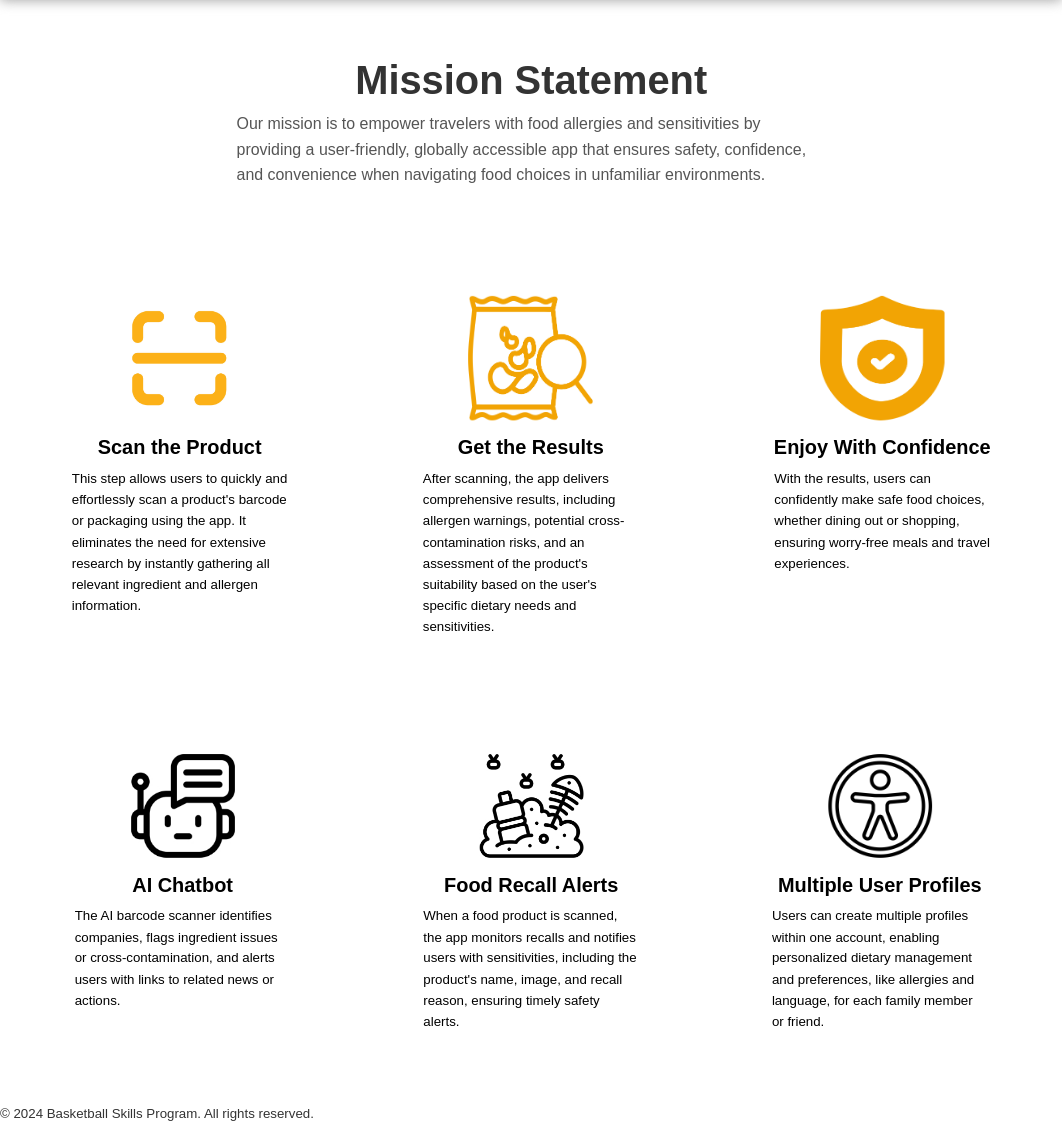
Repository: GavinPahal/landingpage
Page: /
These files come from the project's save history. The page is drawn as it stood at one moment and after the next save; the edit follows.
The browser window is 1280 px wide. The pictures show the part of the page from y = 720 to 2072 px (the page is 2072 px tall before and 2032 px after), at 83% of full size.
The project was rebuilt for these pictures with package versions that can differ from the ones it lists, and the page was loaded fresh each time. The framework's server and built-in components were replaced by stand-ins that run in the browser. Also part of the build but not shown: next.config.mjs.

Above is the page before, as saved 2024-11-28 18:01:48.

### pages/_app.js
// pages/_app.js
import "@/styles/globals.css"; // Import the global CSS file

function MyApp({ Component, pageProps }) {
  return <Component {...pageProps} />;
}

export default MyApp;

### pages/index.js
// pages/index.js
import Hero from "../components/Hero";
import Features from "../components/Features";
import Footer from "../components/Footer";
import Product from "../components/Product"

export default function Home() {
  return (
    <div>
      <Hero />
      <Features />
      <Product />
      <Footer />
    </div>
  );
}

### styles/globals.css
/* Global Styles */
* {
  margin: 0;
  padding: 0;
  box-sizing: border-box;
}

body {
  font-family: Arial, sans-serif;
  color: #333;
  overflow-x: hidden; /* Prevent horizontal overflow */
}

/* Hero Section */
.hero {
  display: flex; /* Use flexbox to align elements */
  position: relative;
  height: 100vh;
  width: 100%; /* Ensure the hero section spans the full width */
  background-color: #2d2d2d; /* Dark background to contrast with the image */
}

.imageWrapper {
  position: relative;
  width: 100%; /* Left side takes full width */
  height: 100%;
}

.imageContainer {
  position: absolute;
  top: 0;
  left: 0;
  width: 100%;
  height: 100%;
  filter: blur(8px); /* Add blur effect to the image */
  object-fit: cover;
}

.overlay {
  position: absolute;
  top: 0;
  left: 0;
  width: 100%;
  height: 100%;
  background: rgba(0, 0, 0, 0.6); /* Dark overlay to ensure text stands out */
  color: white;
  display: flex;
  flex-direction: column;
  justify-content: center;
  align-items: flex-start;
  padding: 60px 40px; /* Increased padding for more space */
  text-align: left;
}

.heroTitle {
  display: flex;
  align-items: center; /* Align logo and title horizontally */
  margin-bottom: 40px; /* Space between title and the rest of the content */
  position: relative; /* Allow positioning adjustments */
  top: -80px; /* Move the logo and title even higher */
}

.heroTitle img {
  margin-right: 20px; /* Add space between logo and title */
}

.heroTitle h1 {
  font-size: 2rem; /* Bigger font for app name */
  font-weight: bold;
  color: #ffffff; /* Bright color to stand out */
  text-transform: uppercase;
}

.tagline {
  font-size: 5rem; /* Make "BEST NATURE APP" 5rem */
  font-weight: bold;
  margin-bottom: 0; /* Remove extra space between the lines */
  color: #ffffff; /* Striking color */
  text-shadow: 3px 3px 5px rgba(0, 0, 0, 0.8); /* Enhanced text visibility */
  line-height: 1.1; /* Adjust line-height to decrease space between lines */
  letter-spacing: 1.5px;
  display: block;
  max-width: 100%; /* Ensure text doesn't overflow */
}

.bestNature {
  display: block;
  font-size: 3rem; /* Adjust to smaller font size for the first part */
}

.appEver {
  display: block;
  margin-top: 0;
  font-size: 3rem;
}

.subTagline {
  font-size: 1.2rem;
  margin-top: 20px;
  margin-bottom: 40px;
  line-height: 1.6;
  max-width: 650px;
  color: white;
  letter-spacing: 0.5px;
  text-align: left;
}

.demoText {
  display: block;
  font-size: 1.4rem;
  font-weight: bold;
}

.natureText {
  display: block;
  font-size: 1.2rem;
  margin-top: 10px;
  font-style: italic;
  letter-spacing: 0.3px;
}

/* CTA Button */
.ctaButton {
  background-color: #00C9A2;
  color: #ffffff;
  padding: 15px 40px;
  font-size: 1.4rem;
  border: none;
  border-radius: 50px;
  text-align: center;
  margin-top: 60px;
  cursor: pointer;
  transition: background-color 0.3s, transform 0.3s;
  text-decoration: none;
}

.ctaButton:hover {
  background-color: #035343;
}

.ctaButton:focus {
  outline: none;
}

.rightImageWrapper {
  position: absolute;
  left: 62%;
  bottom: 20px;
  width: 400px;
  height: auto;
  z-index: 2;
  margin-top: 100px;
}

.rightImageContainer {
  position: relative;
  width: 100%;
  height: 100%;
}

.rightImageContainer img {
  width: 100%;
  height: auto;
  border-radius: 8px;
  object-fit: cover;
}

.features {
  padding: 50px 20px;
  text-align: center;
}
.features h2 {
  font-size: 2.5rem;
  font-weight: bold;
  color: #ffffff;
  margin-bottom: 30px;
  text-transform: uppercase;
  letter-spacing: 1px;
}

.infoCards {
  display: flex;
  flex-wrap: wrap;
  justify-content: space-around;
  gap: 30px;
  margin-bottom: 40px;
}

.card {
  text-align: center;
  margin: 0 auto; /* Ensure cards are centered */
}

.card:first-child { /* Target the first feature card */
  max-width: 400px; /* Restrict width for a cleaner layout */
  margin: 20px auto; /* Center the card horizontally and add spacing */
}

.card:first-child p {
  text-align: left; /* Center-align the text for the first card */
  max-width: 280x; /* Ensure text does not overflow the card */
  margin: 0 auto;
}

.card img {
  margin-bottom: 15px;
}

.card h3 {
  font-size: 1.5rem;
  font-weight: 600;
  color: #000000;
  margin-bottom: 10px;
}

.card p {
  font-size: 1rem;
  line-height: 1.6;
  color: #000000;
  max-width: 260px;
  margin: 0 auto;
  text-align: left;
}

.text1 {
  font-size: 1rem;
  line-height: 1.6;
  color: #000000;
  max-width: 250px;
  margin: 0 auto;
  text-align: left;
}

.text2 {
  font-size: 1rem;
  line-height: 1.6;
  color: #000000;
  max-width: 250px;
  margin: 0 auto;
  text-align: left;
}

.missionStatement {
  text-align: center; /* Center the text */
  margin-bottom: 110px; /* Add some spacing below the mission statement */
  padding: 20px;
  border-radius: 8px; /* Rounded corners */
}

.missionStatement h1 {
  font-size: 3rem;
  font-weight: bold;
  color: #333;
  margin-bottom: 10px;
  font-weight: bold;
}

.missionStatement p {
  font-size: 1.2rem;
  line-height: 1.6;
  color: #555;
  max-width: 710px;
  margin: 0 auto;
  text-align: left;
}



@media (max-width: 1024px) {
  .hero {
    flex-direction: column; /* Stack elements vertically on smaller screens */
  }

  .overlay {
    padding: 40px 20px; /* Reduced padding for smaller screens */
    text-align: center; /* Center-align text on smaller screens */
  }

  .heroTitle {
    margin-bottom: 20px; /* Reduce space between the title and the tagline */
    top: 0; /* Reset top positioning for better alignment */
  }

  .tagline {
    font-size: 3rem; /* Decrease font size on smaller screens */
  }

  .bestNature, .appEver {
    font-size: 2.5rem; /* Smaller font size for better readability */
  }

  .subTagline {
    font-size: 1rem; /* Adjust subtagline font size for smaller screens */
    max-width: 100%; /* Allow full-width display */
    padding: 0 20px; /* Add padding to the sides */
  }

  .rightImageWrapper {
    left: 50%; /* Center the image on smaller screens */
    bottom: 10px;
    width: 300px; /* Reduce image size */
    margin-top: 60px;
  }
}

/* CTA Button Adjustments */
@media (max-width: 768px) {
  .ctaButton {
    padding: 12px 30px; /* Reduced padding for better proportion on small screens */
    font-size: 1.2rem; /* Smaller font size */
    width: 90%; /* Allow the button to take up more space on smaller screens */
    margin-top: 40px; /* Reduced top margin */
  }
}

/* Feature Section Adjustments */
@media (max-width: 768px) {
  .features {
    padding: 30px 20px; /* Reduce padding */
  }

  .features h2 {
    font-size: 2rem; /* Smaller font size for headings */
  }

  .infoCards {
    flex-direction: column; /* Stack cards vertically */
    align-items: center;
    gap: 20px; /* Reduced gap between cards */
  }

  .card {
    max-width: 90%; /* Ensure cards take full width on smaller screens */
    margin: 10px auto; /* Center the cards */
  }

  .card h3 {
    font-size: 1.2rem; /* Decrease font size */
  }

  .card p {
    font-size: 0.9rem; /* Smaller text for better readability */
  }
}

/* Final Adjustments */
@media (max-width: 480px) {
  .hero {
    height: auto; /* Allow the hero section to adjust to content */
  }

  .overlay {
    padding: 20px; /* Even smaller padding */
    text-align: center;
  }

  .tagline {
    font-size: 2.5rem; /* Further decrease tagline size */
  }

  .ctaButton {
    padding: 10px 20px; /* Smaller padding for mobile screens */
    font-size: 1rem; /* Reduce font size */
  }

  .features h2 {
    font-size: 1.6rem; /* Adjust feature section heading */
  }

  .card {
    max-width: 100%; /* Ensure the cards take full width */
  }

  .text1, .text2 {
    font-size: 0.9rem; /* Adjust text sizes for smaller screens */
  }
}

### components/Hero.js
import Image from "next/image";

export default function Hero() {
  return (
    <section className="hero">
      <div className="imageWrapper">
        <div className="imageContainer">
          <Image
            src="/images/grocey.jpg"
            alt="Nature Image"
            layout="fill"
            objectFit="cover"
          />
        </div>
        <div className="overlay">
          <div className="heroTitle">
            <Image
              src="/images/logo.webp"
              alt="Goldibite Logo"
              width={50}
              height={50}
            />
            <h1>Goldibite</h1>
          </div>
          <p className="tagline">
            <span className="bestNature">YOUR BUDDY FOR</span>
            <span className="appEver">FOOD SAFETY</span>
          </p>
          <p className="subTagline">
            <span className="demoText">Get a demo and try our new app.</span>
            <span className="natureText">
            The Right Bite, Every Time
            </span>
          </p>
          <a href="#demo" className="ctaButton">
            TRY DEMO
          </a>
        </div>
      </div>


      <div className="rightImageWrapper">
        <div className="rightImageContainer">
          <Image
            src="/images/phone.png"
            alt="New Image"
            layout="intrinsic"
            width={500}
            height={500}
          />
        </div>
      </div>
    </section>
  );
}

### components/Features.js
import Image from "next/image";

export default function Features() {
  return (
    <section className="features">
      {/* Mission Statement Section */}
      <div className="missionStatement">
        <h1>Mission Statement</h1>
        <p>
          Our mission is to empower travelers with food allergies and sensitivities by providing a user-friendly, globally accessible app that ensures safety, confidence, and convenience when navigating food choices in unfamiliar environments.
        </p>
      </div>

      {/* Features Cards Section */}
      <div className="infoCards">
        <div className="card" style={{ margin: "0 10px" }}>
          <Image
            src="/images/iconamoon_scanner (1).jpg"
            alt="Feature 1"
            width={150}
            height={150}
          />
          <h3>Scan the Product</h3>
          <p>
            This step allows users to quickly and effortlessly scan a product's barcode or packaging using the app.
            It eliminates the need for extensive research by instantly gathering all relevant ingredient and allergen information.
          </p>
        </div>
        <div className="card" style={{ margin: "0 10px" }}>
          <Image
            src="/images/magnifying.jpg"
            alt="Feature 2"
            width={150}
            height={150}
          />
          <h3>Get the Results</h3>
          <p>
            After scanning, the app delivers comprehensive results, including allergen warnings, potential cross-contamination risks,
            and an assessment of the product's suitability based on the user's specific dietary needs and sensitivities.
          </p>
        </div>
        <div className="card" style={{ margin: "0 10px" }}>
          <Image
            src="/images/Confident.jpg"
            alt="Feature 3"
            width={150}
            height={150}
          />
          <h3>Enjoy With Confidence</h3>
          <p>
            With the results, users can confidently make safe food choices, whether dining out or shopping,
            ensuring worry-free meals and travel experiences.
          </p>
        </div>
      </div>
    </section>
  );
}

### components/Footer.js
export default function Footer() {
    return (
      <footer className="footer">
        <p>&copy; 2024 Basketball Skills Program. All rights reserved.</p>
      </footer>
    );
  }

### components/Product.js
import Image from "next/image";

export default function Features() {
  return (
    <section className="features">
      <div className="infoCards" style={{ gap: "20px" }}>
        <div className="card" style={{ margin: "0 10px" }}>
          <Image
            src="/images/chatbot.jpg"
            alt="Feature 1"
            width={125}
            height={125}
          />
          <h3>AI Chatbot</h3>
          <p>
            The AI barcode scanner identifies companies, flags ingredient
            issues or cross-contamination, and alerts users with links to
            related news or actions.
          </p>
        </div>
        <div className="card" style={{ margin: "0 10px" }}>
          <Image
            src="/images/trash.jpg"
            alt="Feature 2"
            width={125}
            height={125}
          />
          <h3>Food Recall Alerts</h3>
          <p>
            When a food product is scanned, the app monitors recalls and
            notifies users with sensitivities, including the product's name,
            image, and recall reason, ensuring timely safety alerts.
          </p>
        </div>
        <div className="card" style={{ margin: "0 10px" }}>
          <Image
            src="/images/accessibility.png"
            alt="Feature 3"
            width={125}
            height={125}
          />
          <h3>Multiple User Profiles</h3>
          <p>
            Users can create multiple profiles within one account, enabling
            personalized dietary management and preferences,
            like allergies and  language, for each family member or friend.
          </p>
        </div>
      </div>
    </section>
  );
}

Loaded but not shown: pages/_document.js (common file)

After the next save:
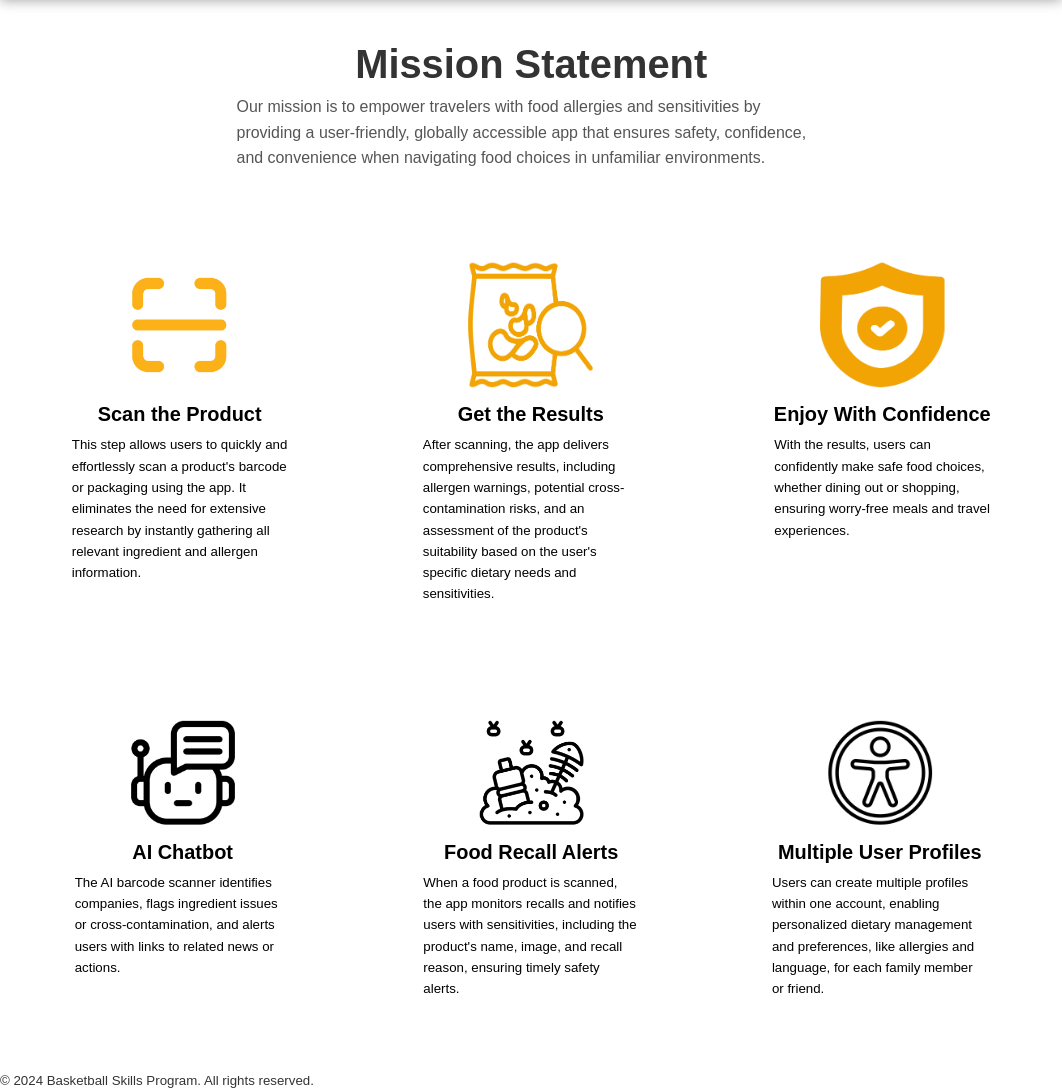
Saved 5 s later.
--- a/styles/globals.css
+++ b/styles/globals.css
@@ -243,7 +243,6 @@
 .missionStatement {
   text-align: center; /* Center the text */
   margin-bottom: 110px; /* Add some spacing below the mission statement */
-  padding: 20px;
   border-radius: 8px; /* Rounded corners */
 }
 

After the save that followed:
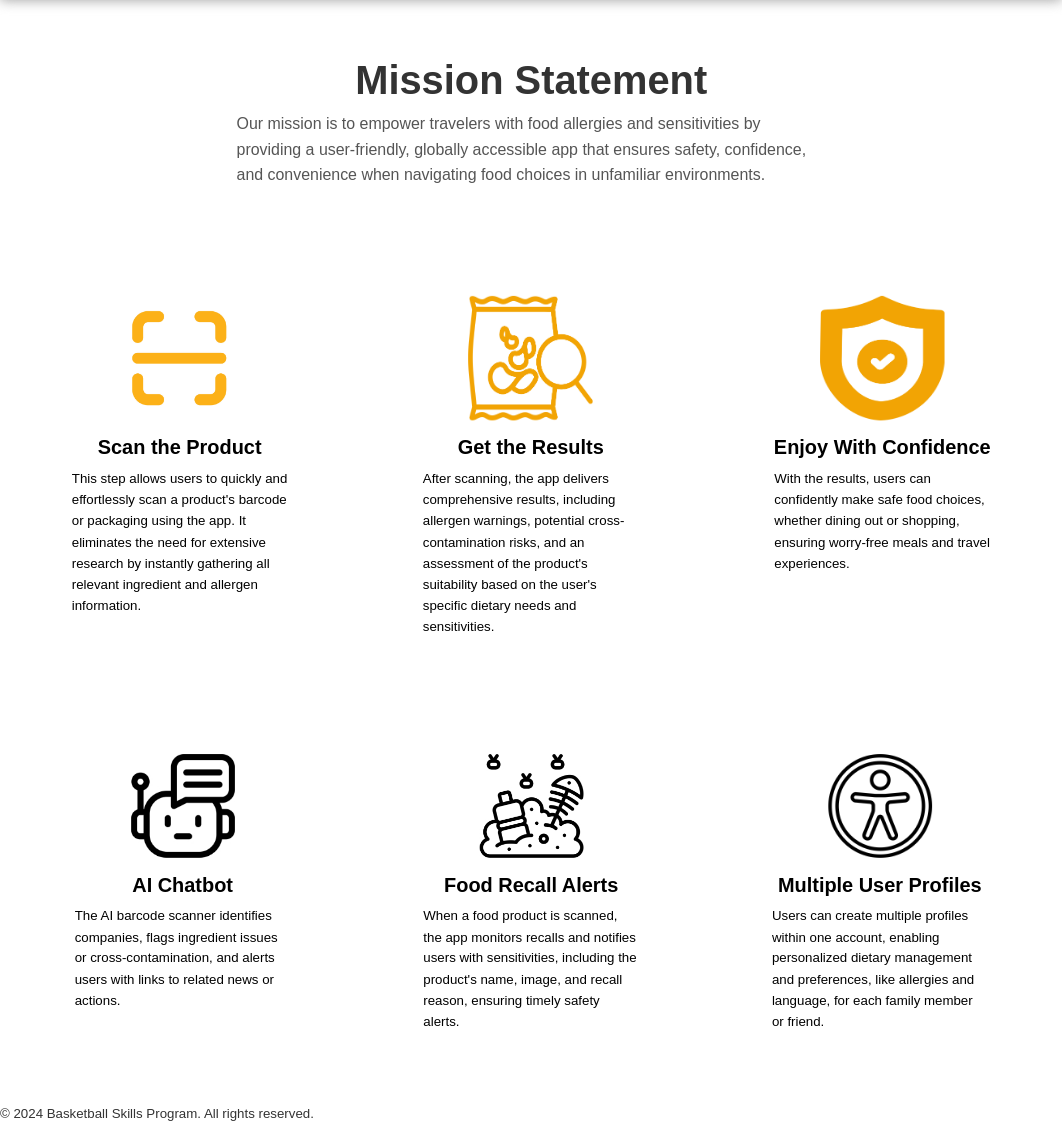
Saved 5 s later.
--- a/styles/globals.css
+++ b/styles/globals.css
@@ -243,6 +243,7 @@
 .missionStatement {
   text-align: center; /* Center the text */
   margin-bottom: 110px; /* Add some spacing below the mission statement */
+  padding: 20px;
   border-radius: 8px; /* Rounded corners */
 }
 
